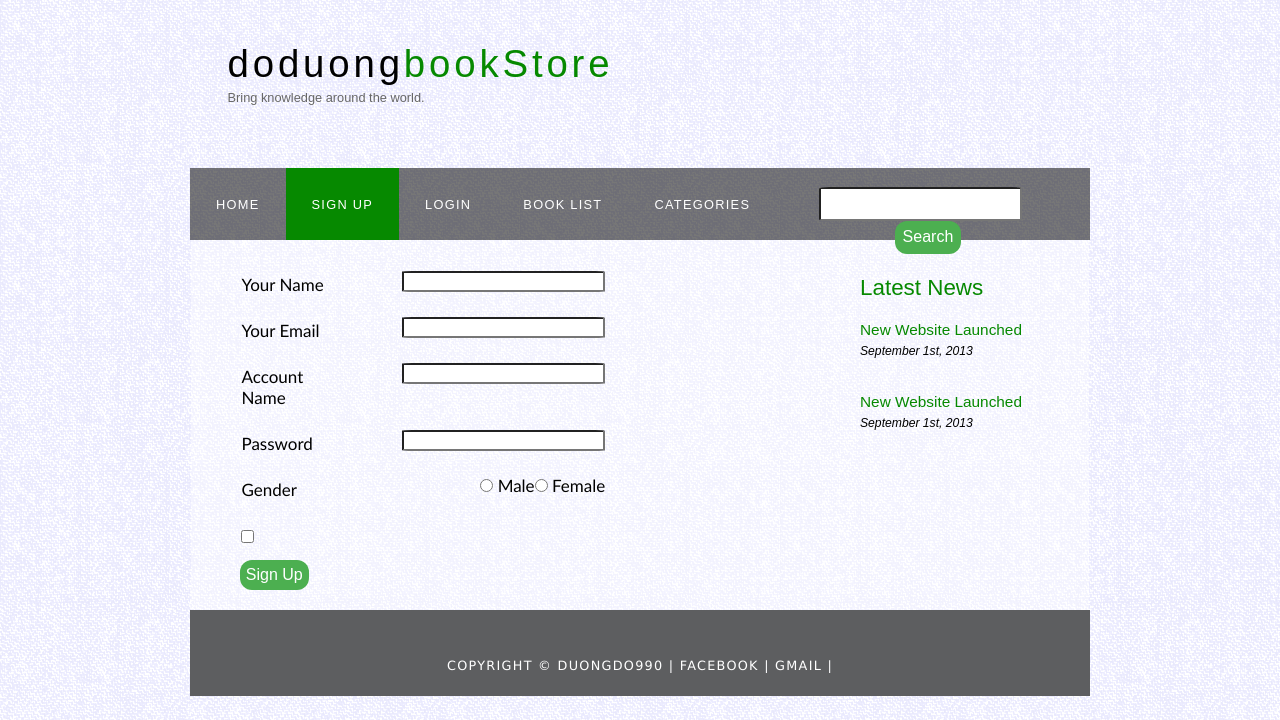
Repository: ngttuyen/JavaWeb
Page: http://localhost/MyWebsite/signup.jsp
The author's editor kept a copy of each file at every save. The page is drawn from the files as they stood at one save, then again after a run of saves.
The browser window is 1280 px wide. The pictures show the whole page.
The page is served by Tomcat 9. Other server files are loaded and not shown.

Above is the page before, as saved 2019-06-01 13:00:49.

### MyWebsite/WebContent/signup.jsp
<%@page contentType="text/html" pageEncoding="utf-8"%>
<%@ include file="includes/head.jsp"%>
<body>
	<div id="main">
		<div id="header">
			<div id="logo">
				<div id="logo_text">
					<!-- class="logo_colour", allows you to change the colour of the text -->
					<h1>
						<a href="index.jsp">doduong<span class="logo_colour">bookStore</span></a>
					</h1>
					<h2>Bring knowledge around the world.</h2>
				</div>
			</div>
			<div id="menubar">
				<ul id="menu">
					<!-- put class="selected" in the li tag for the selected page - to highlight which page you're on -->
					<li><a href="index.jsp">Home</a></li>
					<li class="selected"><a href="signup.jsp">Sign Up</a></li>
					<li><a href="login.jsp">Login</a></li>
					<li><a href="book.jsp">Book List</a></li>
					<li><a href="categories.jsp">Categories</a></li>
				</ul>
				<form method="get" action="" id="searchForm">
					<input type="text" name="search" class="styled-input">
					<button class="button">Search</button>
				</form>
			</div>

		</div>
		<div id="site_content">
			<%@ include file="/includes/sidebar.jsp"%>
			<div id="content">
				<!-- -------------------------your code here---------------------- --->
				<form>
					<table>
						<tr>
							<td><label>Your Name</label></td>
							<td class="right"><input type="text" name="name"
								class="styled-input"></td>
						</tr>
						<tr>
							<td><label>Your Email</label></td>
							<td class="right"><input type="text" name="email"
								class="styled-input"></td>
						</tr>
						<tr>
							<td><label>Account Name</label></td>
							<td class="right"><input type="text" name="id"
								class="styled-input"></td>
						</tr>
						<tr>
							<td><label>Password</label></td>
							<td class="right"><input type="password" name="pw"
								class="styled-input"></td>
						</tr>
						<tr>
							<td><label>Gender</label></td>
							<td class="right"><input class="gender-radio" type="radio"
								name="gender" value="male"> Male<input
								class="gender-radio" type="radio" name="gender" value="female">
									Female</td>
						</tr>
						<tr>
							<td><input type="checkbox" required name="terms"></td>
						</tr>
					</table>

				</form>
				<button class="button">Sign Up</button>






				<!-- -------------------------your code here---------------------- --->
			</div>
		</div>
		<div id="footer">
			<!---footer here --->
			<%@ include file="/includes/footer.jsp"%>
		</div>
	</div>
</body>
</html>

### MyWebsite/WebContent/includes/head.jsp
<%@page contentType="text/html" pageEncoding="utf-8" %>
<!doctype html>
<html>

<head>
  <title>doduong's BookStore</title>
  <meta name="description" content="website description" />
  <meta name="keywords" content="website keywords, website keywords" />
  <meta http-equiv="content-type" content="text/html; charset=windows-1252" />
  <link rel="stylesheet"href="styles/style.css" title="style">
</head>

### MyWebsite/WebContent/includes/sidebar.jsp
<%@page contentType="text/html" pageEncoding="utf-8"%>
<div class="sidebar">
	<!-- insert your sidebar items here -->
	<h3>Latest News</h3>
	<h4>New Website Launched</h4>
	<h5>September 1st, 2013</h5>
	<p></p>
	<h4>New Website Launched</h4>
	<h5>September 1st, 2013</h5>
</div>

### MyWebsite/WebContent/includes/footer.jsp
<%@page contentType="text/html" pageEncoding="utf-8"%>
<div id="footer">
	Copyright &copy; duongdo990 | <a
		href="#">Facebook</a> | <a
		href="#">Gmail</a> |
</div>
</div>

### MyWebsite/WebContent/styles/style.css
html
{ height: 100%;}

*
{ margin: 0;
  padding: 0;}

body
{ font: normal .80em 'trebuchet ms', arial, sans-serif;
  background: #F0EFE2 url(../images/background.png) repeat;
  color: #777;}

p
{ padding: 0 0 20px 0;
  line-height: 1.7em;}

img
{ border: 0;}

h1, h2, h3, h4, h5, h6
{ font: normal 175% 'century gothic', arial, sans-serif;
  color: #068900;
  margin: 0 0 15px 0;
  padding: 15px 0 5px 0;}

h2
{ font: normal 175% 'century gothic', arial, sans-serif;
  color: #068900;}

h4, h5, h6
{ margin: 0;
  padding: 0 0 5px 0;
  font: normal 120% arial, sans-serif;
  color: #068900;}

h5, h6
{ font: italic 95% arial, sans-serif;
  padding: 0 0 15px 0;
  color: #000;}

h6
{ color: #362C20;}

a, a:hover
{ outline: none;
  text-decoration: underline;
  color: #FD5BFF;}

a:hover
{ text-decoration: none;}

.left
{ float: left;
  width: auto;
  margin-right: 10px;}

.right
{ float: right;
  width: auto;
  margin-left: 10px;}

.center
{ display: block;
  text-align: center;
  margin: 20px auto;}

blockquote
{ margin: 20px 0;
  padding: 10px 20px 0 20px;
  border: 1px solid #E5E5DB;
  background: #FFF;}

ul
{ margin: 2px 0 22px 17px;}

ul li
{ list-style-type: circle;
  margin: 0 0 6px 0;
  padding: 0 0 4px 5px;}

ol
{ margin: 8px 0 22px 20px;}

ol li
{ margin: 0 0 11px 0;}

#main, #logo, #menubar, #site_content, #footer
{ margin-left: auto;
  margin-right: auto;}

#header
{ height: 240px;}

#logo
{ width: 825px;
  position: relative;
  height: 168px;}

#logo #logo_text
{ position: absolute;
  top: 20px;
  left: 0;}

#logo h1, #logo h2
{ font: normal 300% 'century gothic', arial, sans-serif;
  border-bottom: 0;
  text-transform: none;
  margin: 0;}

#logo_text h1, #logo_text h1 a, #logo_text h1 a:hover
{ padding: 22px 0 0 0;
  color: #000;
  letter-spacing: 0.1em;
  text-decoration: none;}

#logo_text h1 a .logo_colour
{ color: #068900;}

#logo_text h2
{ font-size: 100%;
  padding: 4px 0 0 0;
  color: #676767;}

#menubar
{ width: 900px;
  height: 72px;
  padding: 0;
  background: transparent url(../images/transparent.png) repeat;}

ul#menu, ul#menu li
{ float: left;
  margin: 0;
  padding: 0;}

ul#menu li
{ list-style: none;}

ul#menu li a
{ letter-spacing: 0.1em;
  font: normal 100% arial, sans-serif;
  display: block;
  float: left;
  height: 37px;
  padding: 29px 26px 6px 26px;
  text-align: center;
  color: #FFF;
  text-transform: uppercase;
  text-decoration: none;
  background: transparent;}

ul#menu li a:hover, ul#menu li.selected a, ul#menu li.selected a:hover
{ color: #FFF;
  background: #068900;}

#site_content
{ width: 837px;
  overflow: hidden;
  margin: 0 auto 0 auto;
  padding: 20px 24px 20px 37px;
  background: transparent url(../images/transparent_light.png) repeat;}

.sidebar
{ float: right;
  width: 190px;
  padding: 0 15px 20px 15px;}

.sidebar ul
{ width: 178px;
  padding: 4px 0 0 0;
  margin: 4px 0 30px 0;}

.sidebar li
{ list-style: none;
  padding: 0 0 7px 0; }

.sidebar li a, .sidebar li a:hover
{ padding: 0 0 0 40px;
  display: block;
  background: transparent url(../images/link.png) no-repeat left center;}

.sidebar li a.selected
{ color: #444;
  text-decoration: none;}

#content
{ text-align: left;
  width: 595px;
  padding: 0;}

#content ul
{ margin: 2px 0 22px 0px;}

#content ul li
{ list-style-type: none;
  background: url(../images/bullet.png) no-repeat;
  margin: 0 0 6px 0;
  padding: 0 0 4px 25px;
  line-height: 1.5em;}

#footer
{ width: 900px;
  font: normal 100% 'lucida sans unicode', arial, sans-serif;
  height: 33px;
  padding: 24px 0 5px 0;
  text-align: center;
  background-color: #5d5e60;
  color: #FFF;
  text-transform: uppercase;
  letter-spacing: 0.1em;}

#footer a
{ color: #FFF;
  text-decoration: none;}

#footer a:hover
{ color: #FFF;
  text-decoration: underline;}

.search
{ color: #5D5D5D;
  border: 1px solid #BBB;
  width: 134px;
  padding: 4px;
  font: 100% arial, sans-serif;}

#colours
{ height: 0px;
  text-align: right;
  padding: 66px 16px 0px 300px;}
  /*-------------------------------------*/
.button {
  background-color: #4CAF50; /* Green */
  border: none;
  color: white;
  padding: 1% 1%;
  text-align: center;
  text-decoration: none;
  display: inline-block;
  font-size: 16px;
  border-radius: 12px;
  margin-left: 2%;
}
#searchForm{
  height: 37px;
  padding: 19px 26px 6px 10%;
  text-align: center;
  color: #FFF;
  text-transform: uppercase;
  text-decoration: none;
  background: transparent;
}
.styled-input {
	height: 80%;
	border-radius: 5%;
	font-size: 15px;
	border: 1% solid #068900;
	font-weigh: bold;
}
table{
	width: 65%;
	height: 100%;
	font-size: 17px;
	color: black;
}
td{
	padding: 3% 3% 3% 3%;
}

After the next 2 saves:
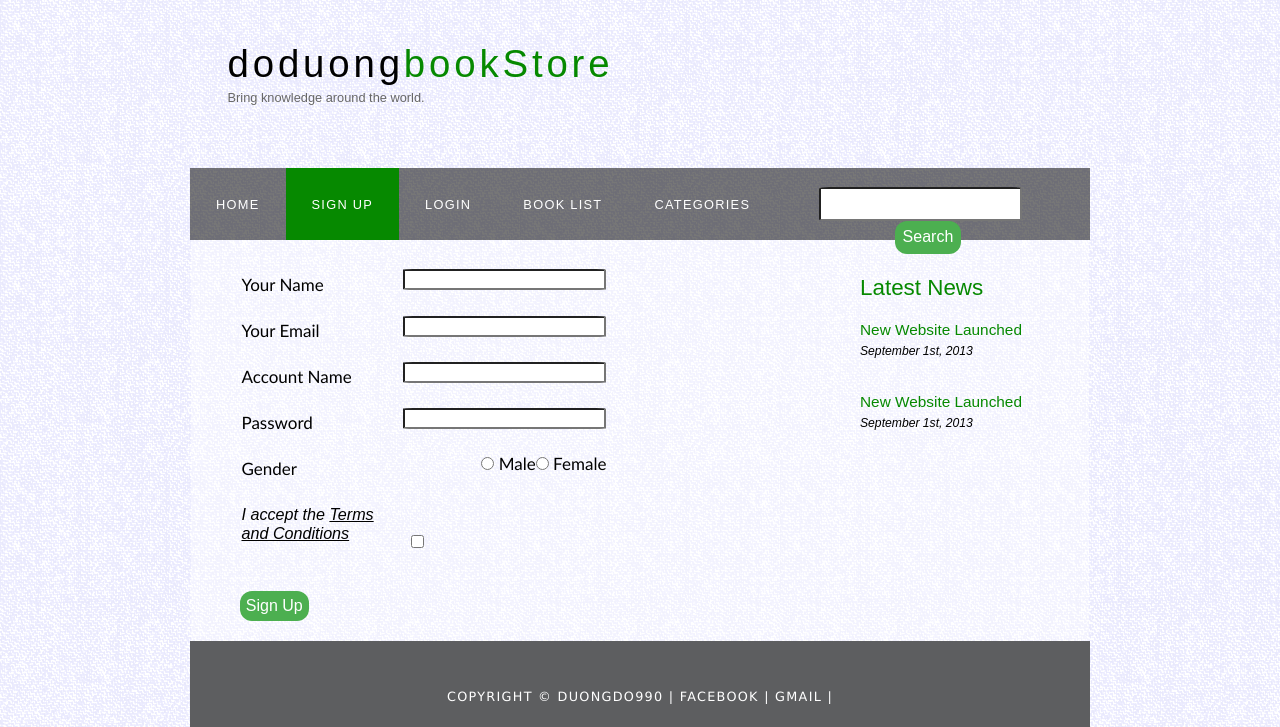
The 2 saves are shown as one change because they came seconds apart.
The last was saved 5 s later.
--- a/MyWebsite/WebContent/signup.jsp
+++ b/MyWebsite/WebContent/signup.jsp
@@ -62,6 +62,10 @@
 									Female</td>
 						</tr>
 						<tr>
+							<td><h5>
+									I accept the <u>Terms and Conditions</u>
+								</h5>
+								</p></td>
 							<td><input type="checkbox" required name="terms"></td>
 						</tr>
 					</table>
